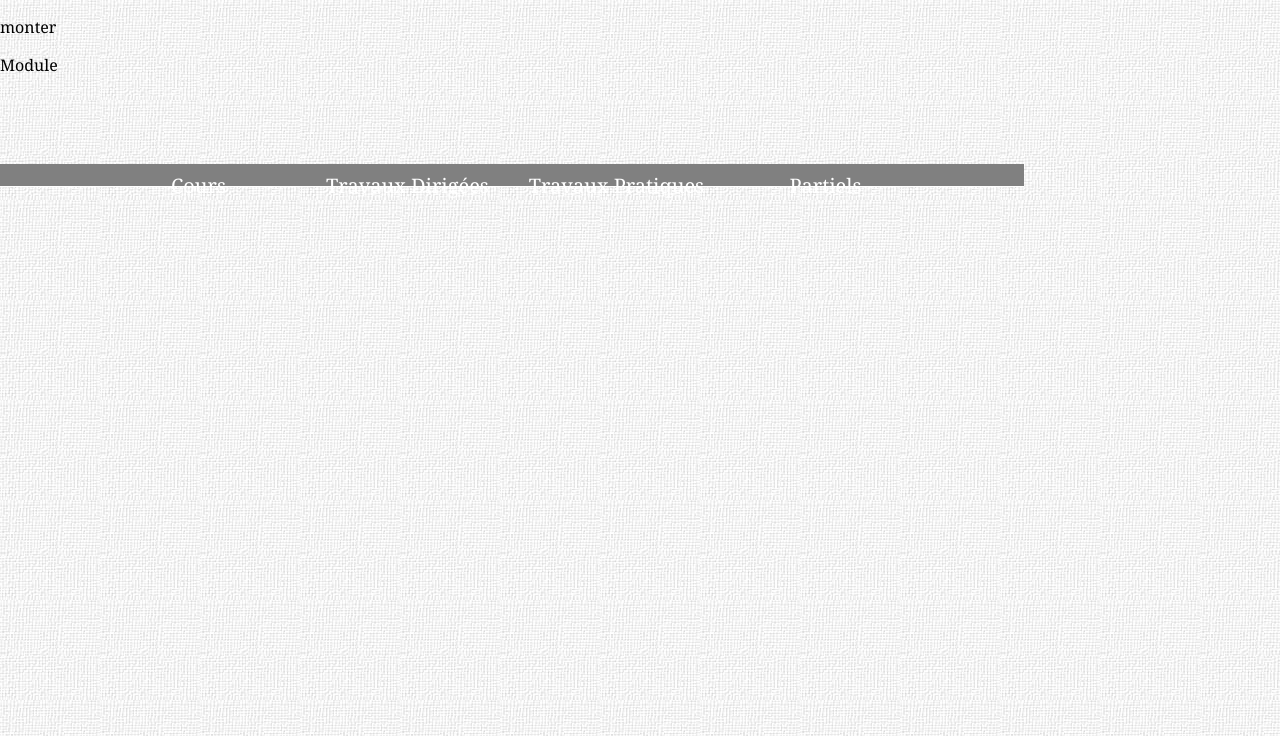
Repository: ValentinArg/PETUT
Page: http://localhost/PETUT/WEB-INF/jsp/eleve/semestre1.jsp
An editor plug-in stored every save of this project. The page is shown before and after the next save, followed by the edit.
The browser window is 1280 px wide. The pictures show the whole page.
After loading, the first visible `#boutonHautBas` was clicked once.
Some web libraries are served in a nearby version. The page is served by Tomcat 9. Nobody is signed in. The template is opened directly, without the code that normally fills it, so the values that code supplies are empty.

Above is the page before, as saved 2016-10-02 09:35:13.

After the next save:
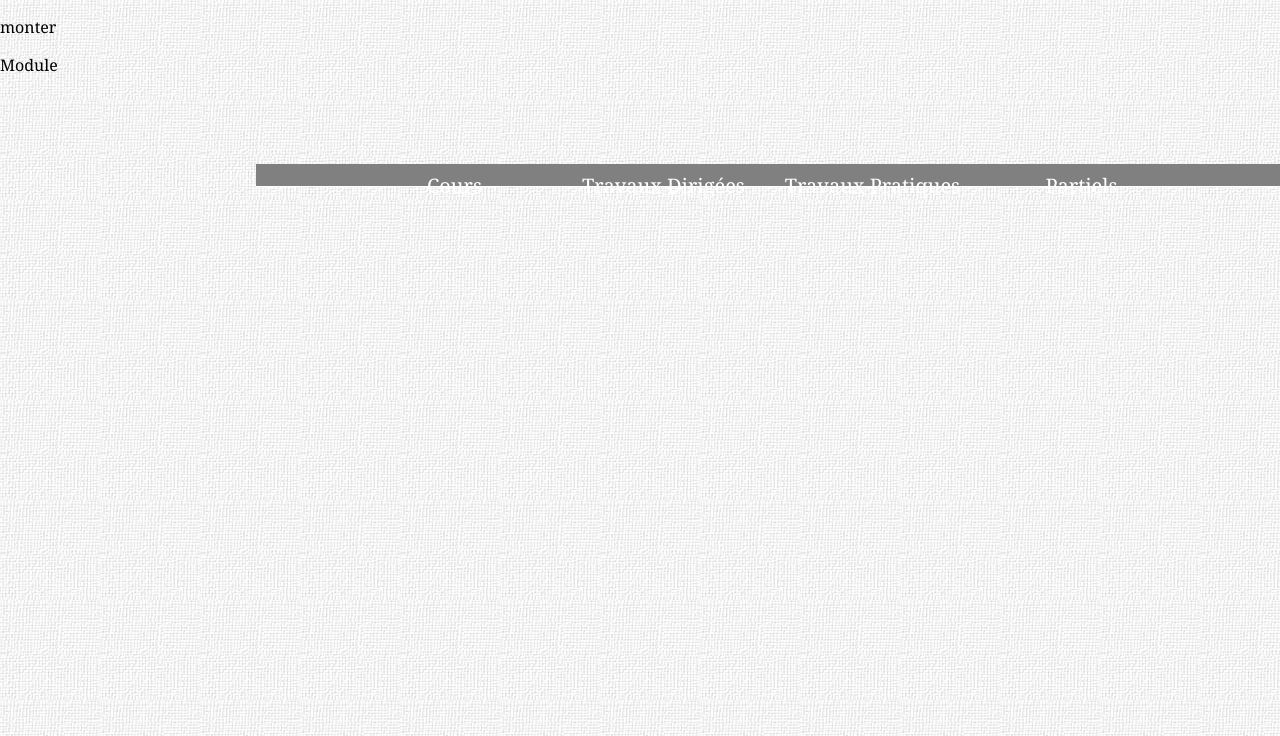
Console error: ReferenceError: sleep is not defined
Saved 37 s later.
--- a/PETUT/WebContent/WEB-INF/jsp/eleve/semestre1.jsp
+++ b/PETUT/WebContent/WEB-INF/jsp/eleve/semestre1.jsp
@@ -51,6 +51,7 @@
 
 		function slideUp(){
 			$('#navigation').slideUp();
+			sleep(2);
 			document.getElementById('conteneurGeneral').style.marginLeft="0px"
 		}
 		$( '#boutonHautBas' ).click(function(){
